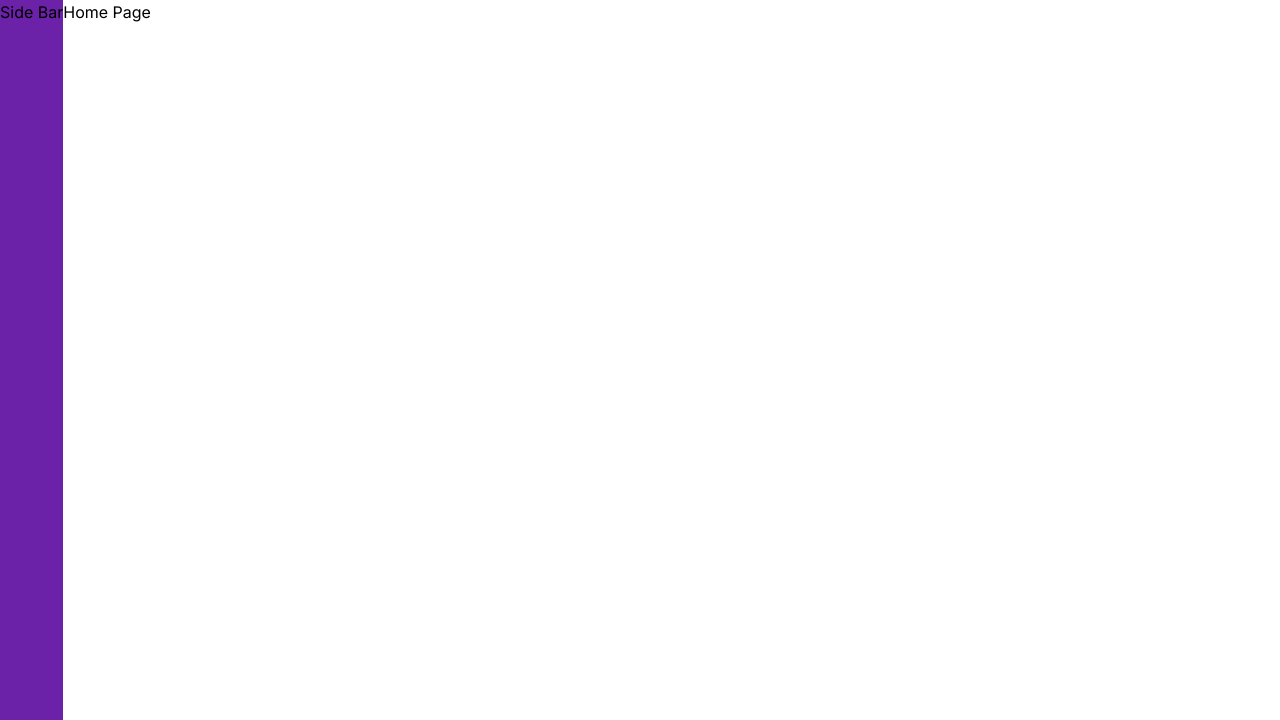
Repository: marcusdashe/anthophila
Page: /dashboard
The author's editor kept a copy of each file at every save. The page is drawn from the files as they stood at one save, then again after the next save.
The browser window is 1280 px wide. The pictures show the whole page.
The project was rebuilt for these pictures with package versions that can differ from the ones it lists, and the page was loaded fresh each time. The framework's server and built-in components were replaced by stand-ins that run in the browser. Also part of the build but not shown: next.config.js.

Above is the page before, as saved 2023-04-05 13:57:15.

After the next save:
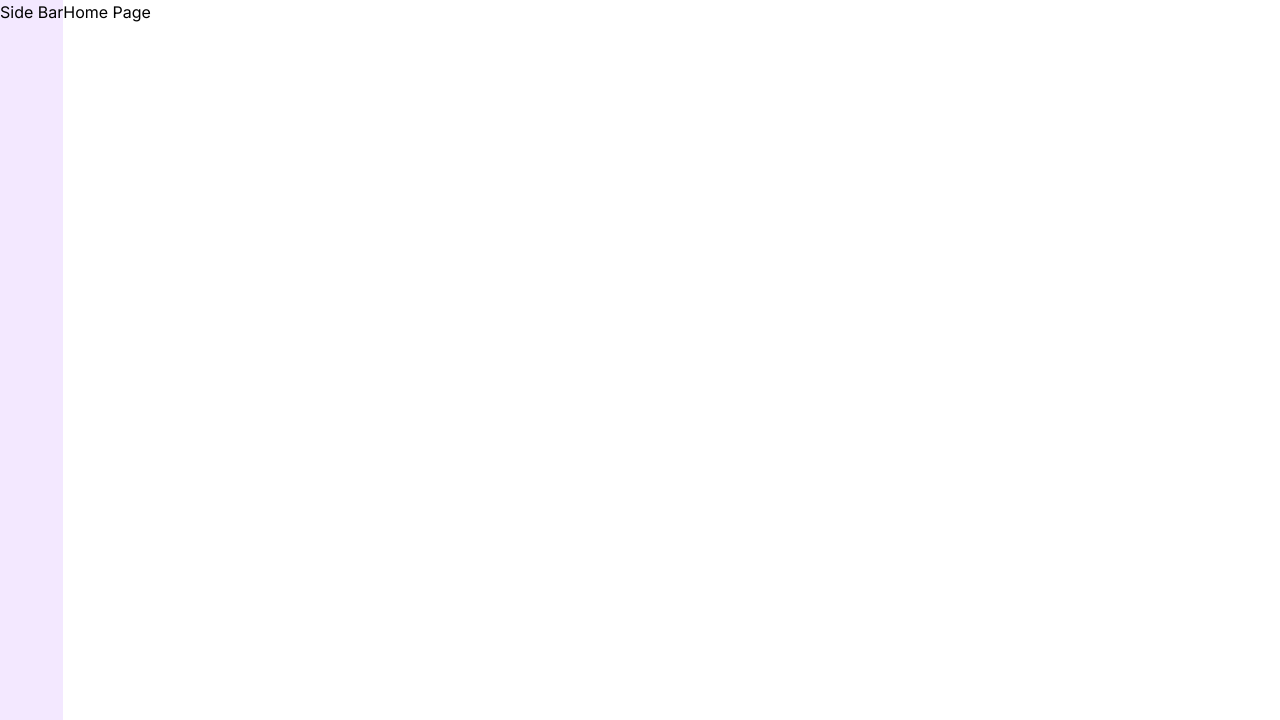
Saved 11 s later.
--- a/pages/dashboard.js
+++ b/pages/dashboard.js
@@ -3,7 +3,7 @@ import React from "react";
 const Dashboard = () => {
   return (
     <div className="flex">
-      <div className="bg-purple-800 h-screen">Side Bar</div>
+      <div className="bg-purple-100 h-screen">Side Bar</div>
 
       <div>Home Page</div>
     </div>
